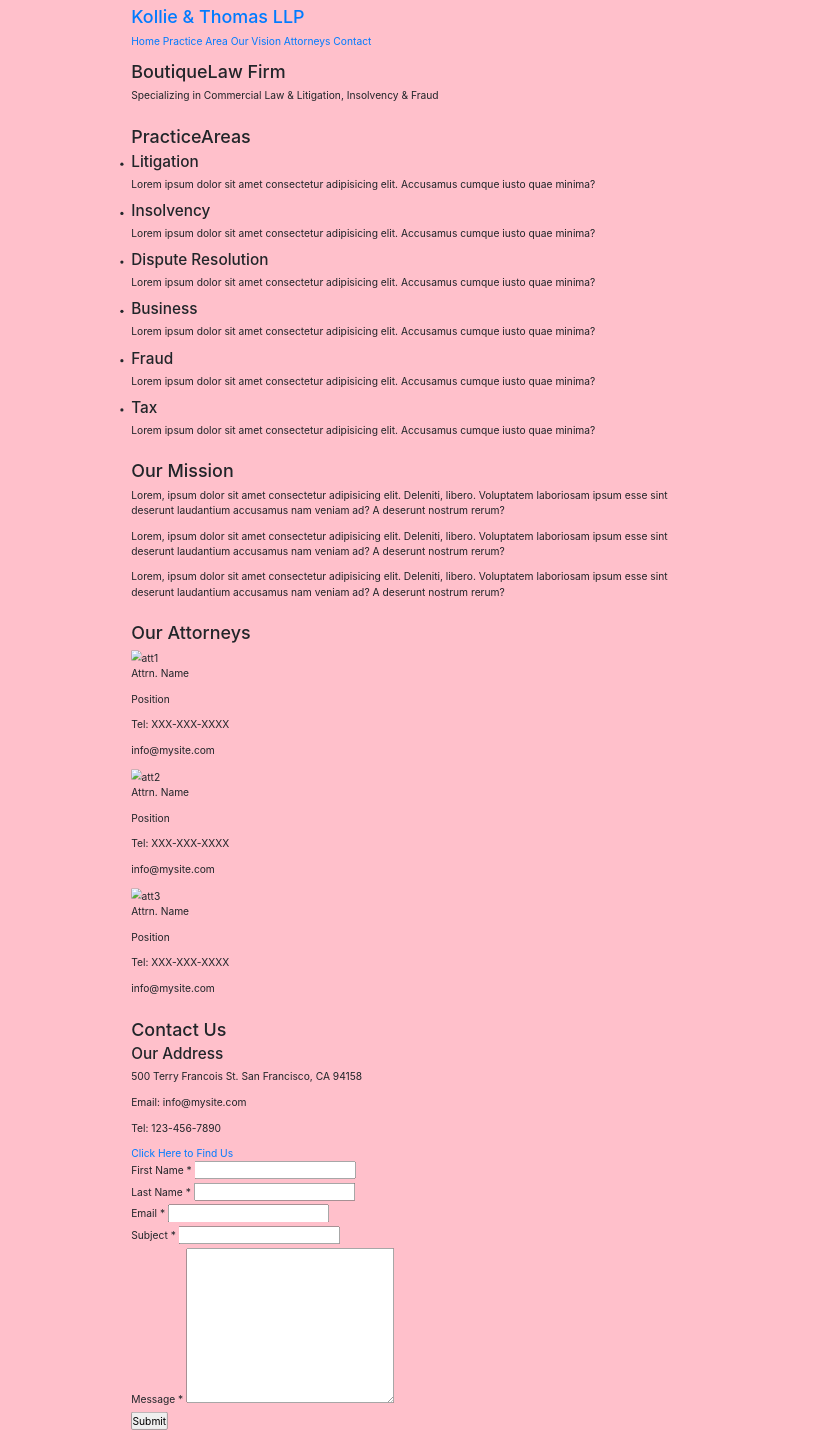
Repository: just-mann/kolllie-kolliellp
Page: index.html
The author's editor kept a copy of each file at every save. The page is drawn from the files as they stood at one save, then again after the next save.
The browser window is 1280 px wide. The pictures show the whole page, at 64% of full size.

Above is the page before, as saved 2021-06-01 16:33:43.

After the next save:
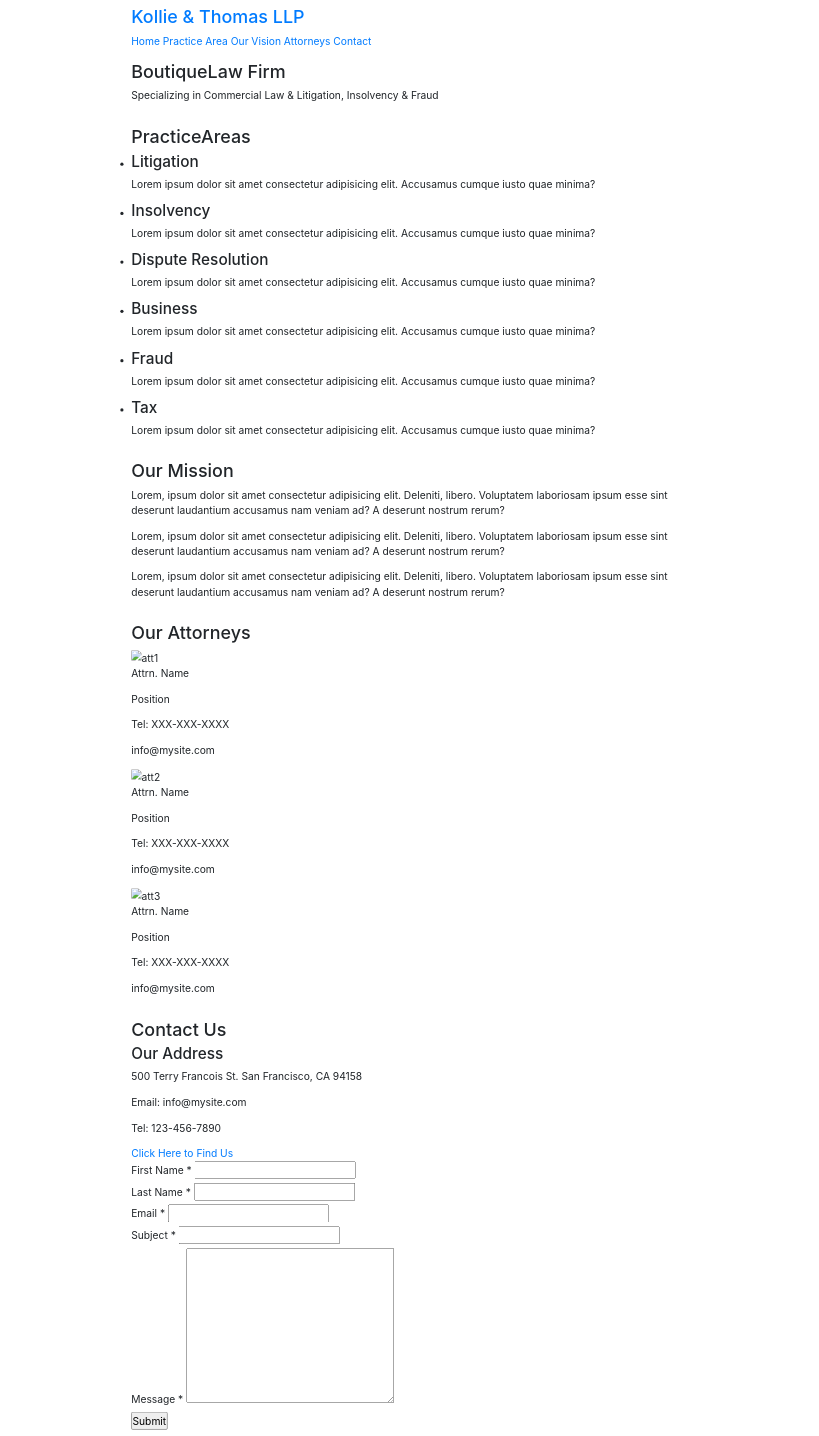
Saved 65 s later.
--- a/assets/css/style.css
+++ b/assets/css/style.css
@@ -9,5 +9,5 @@ html {
 }
 
 body {
-    background-color: pink;
+    background-color: rgb(255, 255, 255);
 }
